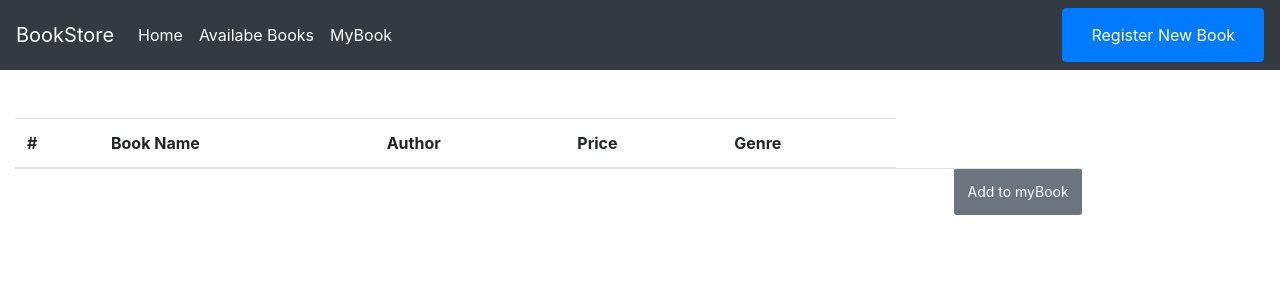
Repository: Sumanta-Sahoo/BookStoreApp
Page: http://localhost/availabeBooks
The author's editor kept a copy of each file at every save. The page is drawn from the files as they stood at one save, then again after the next save.
The browser window is 1280 px wide. The pictures show the whole page.
The page is this project's Thymeleaf template; nobody is signed in. The template is opened directly, without the code that normally fills it, so the values that code supplies are empty.

Above is the page before, as saved 2024-03-18 23:54:23.

### bookstore/src/main/resources/templates/availabeBooks.html
<!doctype html>
<html lang="en" xmlns:th="https://www.thymeleaf.com">

<head>
	<!-- Required meta tags -->
	<meta charset="utf-8">
	<meta name="viewport" content="width=device-width, initial-scale=1, shrink-to-fit=no">

	<!-- Bootstrap CSS -->
	<link rel="stylesheet" href="https://cdn.jsdelivr.net/npm/bootstrap@4.4.1/dist/css/bootstrap.min.css"
		integrity="sha384-Vkoo8x4CGsO3+Hhxv8T/Q5PaXtkKtu6ug5TOeNV6gBiFeWPGFN9MuhOf23Q9Ifjh" crossorigin="anonymous">

	<title>BookStore</title>
</head>

<body>
	<nav class="navbar navbar-expand-lg navbar-light bg-dark">
		<a class="navbar-brand text-white" href="#">BookStore</a>
		<button class="navbar-toggler" type="button" data-toggle="collapse" data-target="#navbarSupportedContent"
			aria-controls="navbarSupportedContent" aria-expanded="false" aria-label="Toggle navigation">
			<span class="navbar-toggler-icon"></span>
		</button>

		<div class="collapse navbar-collapse" id="navbarSupportedContent">
			<ul class="navbar-nav mr-auto">
				<li class="nav-item active">
					<a class="nav-link text-white" href="#">Home<span class="sr-only">(current)</span></a>
				</li>
				<li class="nav-item">
					<a class="nav-link text-white" href="availabe_books">Availabe Books</a>
				</li>
				<li class="nav-item">
					<a class="nav-link text-white" href="my_books">MyBook</a>
				</li>
			</ul>
			<div>
				<button type="button" class="btn btn-primary"><a class="nav-link text-white"
						href="bookRegister">Register New Book</a></button>
			</div>

		</div>
	</nav>


	<div class="container my-5 col md-6">
		<table class="table table-white table-hover">
			<thead>
				<tr>
					<th scope="col">#</th>
					<th scope="col">Book Name</th>
					<th scope="col">Author</th>
					<th scope="col">Price</th>
					<th scope="col">Genre</th>
				</tr>
			</thead>
			<tbody class="table-group-divider">
				<tr th:each:"b :${book}">
					<th scope="row"></th>
					<td th : text="${b.bookId}"></td>
					<td th : text="${b.bookName}"></td>
					<td th : text="${b.bookAuthor}"></td>
					<td th : text="${b.bookPrice}"></td>
					<td th : text="${b.bookGenre}"></td>
					<td class="btn btn-secondary btn-sm">Add to myBook</td>
				</tr>
			</tbody>
		</table>
	</div>

	<!-- Optional JavaScript -->
	<!-- jQuery first, then Popper.js, then Bootstrap JS -->
	<script src="https://code.jquery.com/jquery-3.4.1.slim.min.js"
		integrity="sha384-J6qa4849blE2+poT4WnyKhv5vZF5SrPo0iEjwBvKU7imGFAV0wwj1yYfoRSJoZ+n"
		crossorigin="anonymous"></script>
	<script src="https://cdn.jsdelivr.net/npm/popper.js@1.16.0/dist/umd/popper.min.js"
		integrity="sha384-Q6E9RHvbIyZFJoft+2mJbHaEWldlvI9IOYy5n3zV9zzTtmI3UksdQRVvoxMfooAo"
		crossorigin="anonymous"></script>
	<script src="https://cdn.jsdelivr.net/npm/bootstrap@4.4.1/dist/js/bootstrap.min.js"
		integrity="sha384-wfSDF2E50Y2D1uUdj0O3uMBJnjuUD4Ih7YwaYd1iqfktj0Uod8GCExl3Og8ifwB6"
		crossorigin="anonymous"></script>
</body>

</html>

After the next save:
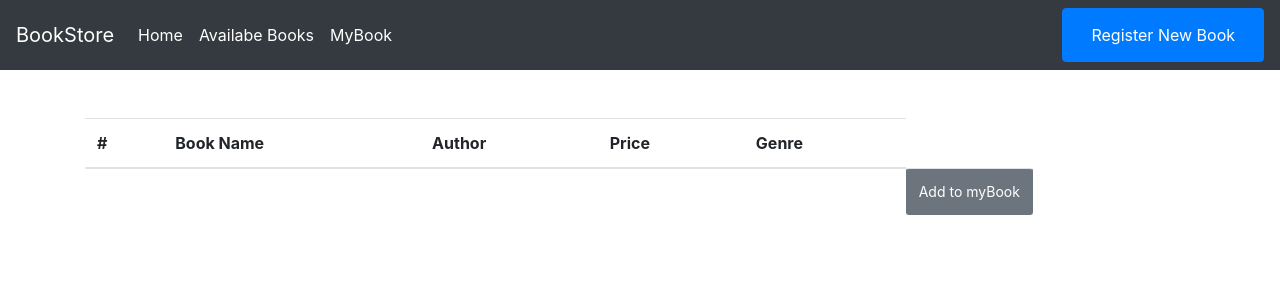
Saved 73 s later.
--- a/bookstore/src/main/resources/templates/availabeBooks.html
+++ b/bookstore/src/main/resources/templates/availabeBooks.html
@@ -42,7 +42,7 @@
 	</nav>
 
 
-	<div class="container my-5 col md-6">
+	<div class="container my-5 md-6">
 		<table class="table table-white table-hover">
 			<thead>
 				<tr>
@@ -55,7 +55,6 @@
 			</thead>
 			<tbody class="table-group-divider">
 				<tr th:each:"b :${book}">
-					<th scope="row"></th>
 					<td th : text="${b.bookId}"></td>
 					<td th : text="${b.bookName}"></td>
 					<td th : text="${b.bookAuthor}"></td>
